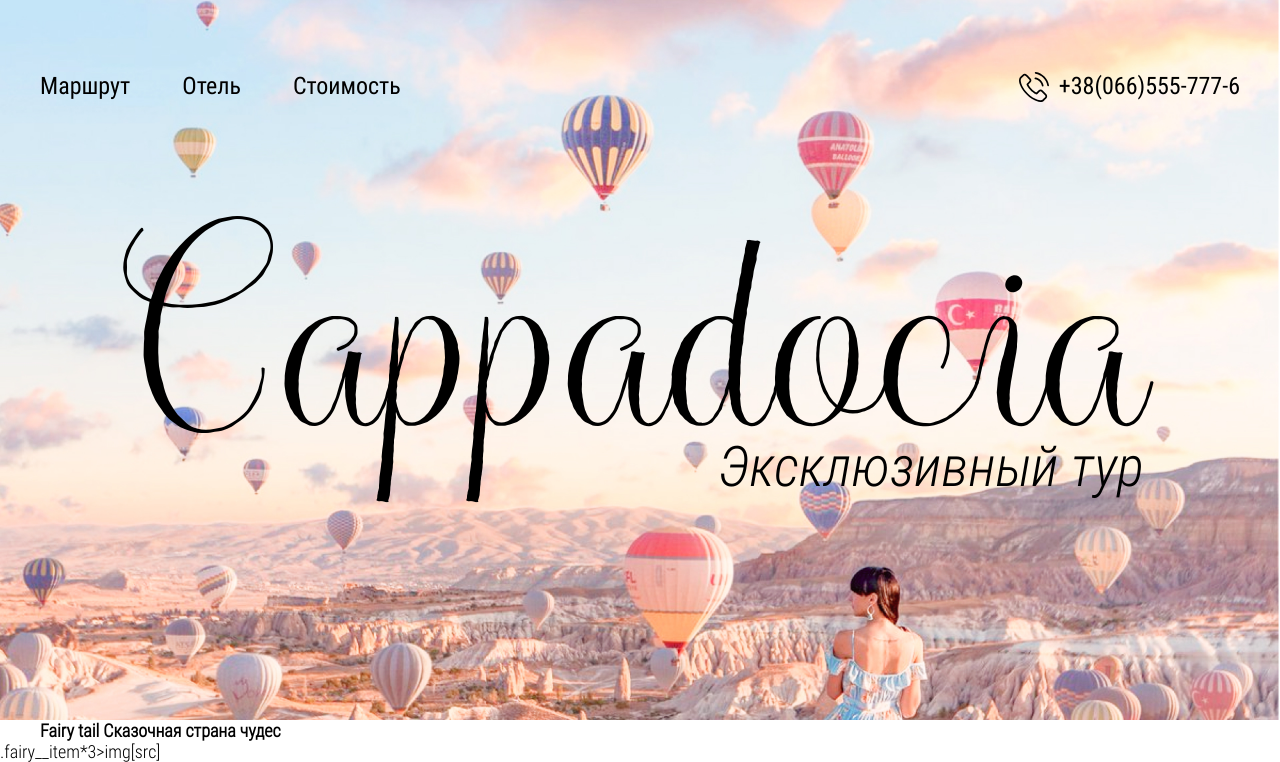
Repository: Lareeman/cappadocia
Page: index.html
These files come from the project's save history. The page is drawn as it stood at one moment and after a run of saves; the edit follows.
The browser window is 1280 px wide. The pictures show the whole page.

Above is the page before, as saved 2024-01-27 10:39:04.

### index.html
<!DOCTYPE html>
<html lang="en">

<head>
  <meta charset="UTF-8">
  <meta name="viewport" content="width=device-width, initial-scale=1.0">
  <meta http-equiv="X-UA-Compatible" content="ie=edge">
  <title>Cappadocia</title>
  <link rel="stylesheet" href="css/reset.css">
  <link rel="stylesheet" href="css/slick.css">
  <link rel="stylesheet" href="css/style.css">
</head>

<body>
  <header class="header">
    <div class="container">
      <div class="header__top">
        <nav class="menu">
          <ul class="menu__list">
            <li class="menu__item"><a class="menu__link" href="#">Маршрут</a></li>
            <li class="menu__item"><a class="menu__link" href="#">Отель</a></li>
            <li class="menu__item"><a class="menu__link" href="#">Стоимость</a></li>
          </ul>
        </nav>
        <a class="header__phone" href="tel:+380665557776">+38(066)555-777-6</a>
      </div>
      <h1 class="header__title">Cappadocia<span>Эксклюзивный тур</span></h1>
    </div>
  </header>
  <section class="fairy page-section">
    <div class="container">
      <h3 class="fairy__title title">Fairy tail
        <span>Сказочная страна чудес</span>
      </h3>
    </div>
    <div class="fairy__inner">
      <div class="fairy__slider">
        .fairy__item*3>img[src]
      </div>
      <div class="fairy__content"></div>
    </div>
  </section>

  <script src="https://ajax.googleapis.com/ajax/libs/jquery/3.4.1/jquery.min.js"></script>
  <script src="js/slick.min.js"></script>
  <script src="js/main.js"></script>
</body>

</html>

### css/style.css
:root {
  --black: #000;
}

@font-face {
  font-family: 'Balqis';
  src: url('../fonts/balqis.woff2');
  src: url('../fonts/balqis.woff2') format('woff2'),
    url('../fonts/balqis.woff') format('woff');

  font-style: normal;
  font-weight: 300;
  font-display: swap;
}

@font-face {
  font-family: 'RobotoCondensed-Light';
  src: url('../fonts/RobotoCondensed-Light.woff2');
  src: url('../fonts/RobotoCondensed-Light.woff2') format('woff2'),
    url('../fonts/RobotoCondensed-Light.woff') format('woff');


  font-style: normal;
  font-weight: 300;
  font-display: swap;
}

@font-face {
  font-family: 'RobotoCondensed-LightItalic';
  src: url('../fonts/RobotoCondensed-LightItalic.woff2');
  src: url('../fonts/RobotoCondensed-LightItalic.woff2') format('woff2'),
    url('../fonts/RobotoCondensed-LightItalic.woff') format('woff');
  font-style: italic;
  font-weight: 300;
  font-display: swap;
}

@font-face {
  font-family: 'RobotoCondensed-Regular';
  src: url('../fonts/RobotoCondensed-Regular.woff2');
  src: url('../fonts/RobotoCondensed-Regular.woff2') format('woff2'),
    url('../fonts/RobotoCondensed-Regular.woff') format('woff');


  font-style: 400;
  font-weight: 300;
  font-display: swap;
}

html {
  box-sizing: border-box;
}

*,
*::before,
*::after {
  box-sizing: inherit;
}

a {
  text-decoration: none;
  color: inherit;
}

ul {
  list-style-type: none;
}

body {
  color: var(--black);
  font-family: 'RobotoCondensed-Light';
  font-size: 18px;
  font-style: normal;
  font-weight: 300;
  line-height: normal;
}

.header {
  background-image: url("../images/header-bg.jpg");
  background-size: cover;
  background-repeat: no-repeat;
  background-position: bottom center;
  min-height: 100vh;
}

.container {
  max-width: 1230px;
  padding: 0 15px;
  margin: 0 auto;
}

.header__top {
  padding: 72px 0;
  display: flex;
  justify-content: space-between;
  align-items: center;
  font-size: 24px;
  font-weight: 400;
  font-family: 'RobotoCondensed-Regular';
}

.menu__list {
  display: flex;
  gap: 0 52px;
}

.menu__link {
  transition: all .6s;
}

.menu__link:hover {
  text-decoration: underline;
  /* border-bottom: 1px solid var(--black); */
}

.header__title {
  text-align: center;
  color: var(--black);
  font-family: "Balqis", serif;
  font-size: 250px;
  font-weight: 400;
}

.header__title span {
  text-align: right;
  margin-top: -6%;
  margin-right: 8%;
  display: block;
  font-family: 'RobotoCondensed-LightItalic';
  font-size: 56px;
  font-style: italic;
  font-weight: 300;
}

.header__phone {
  padding-left: 40px;
  position: relative;
}

.header__phone::before {
  content: "";
  position: absolute;
  width: 30px;
  height: 30px;
  left: 0;
  background-image: url('../images/phone-icon.svg');
}

Loaded but not shown: css/reset.css (common file); css/slick.css (common file); js/slick.min.js (library); js/main.js (common file)

After the next 4 saves:
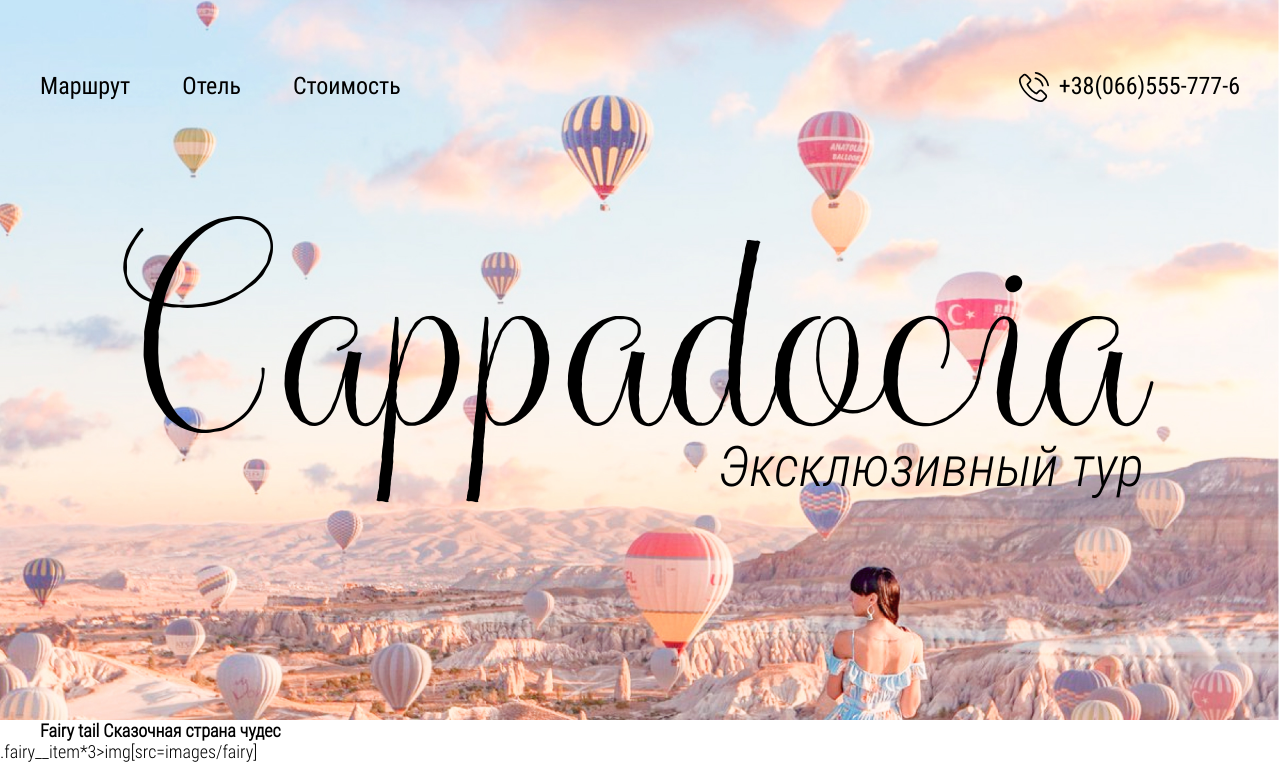
The 4 saves are shown as one change because they came seconds apart.
The last was saved 9 s later.
--- a/index.html
+++ b/index.html
@@ -35,7 +35,7 @@
     </div>
     <div class="fairy__inner">
       <div class="fairy__slider">
-        .fairy__item*3>img[src]
+        .fairy__item*3>img[src=images/fairy]
       </div>
       <div class="fairy__content"></div>
     </div>
